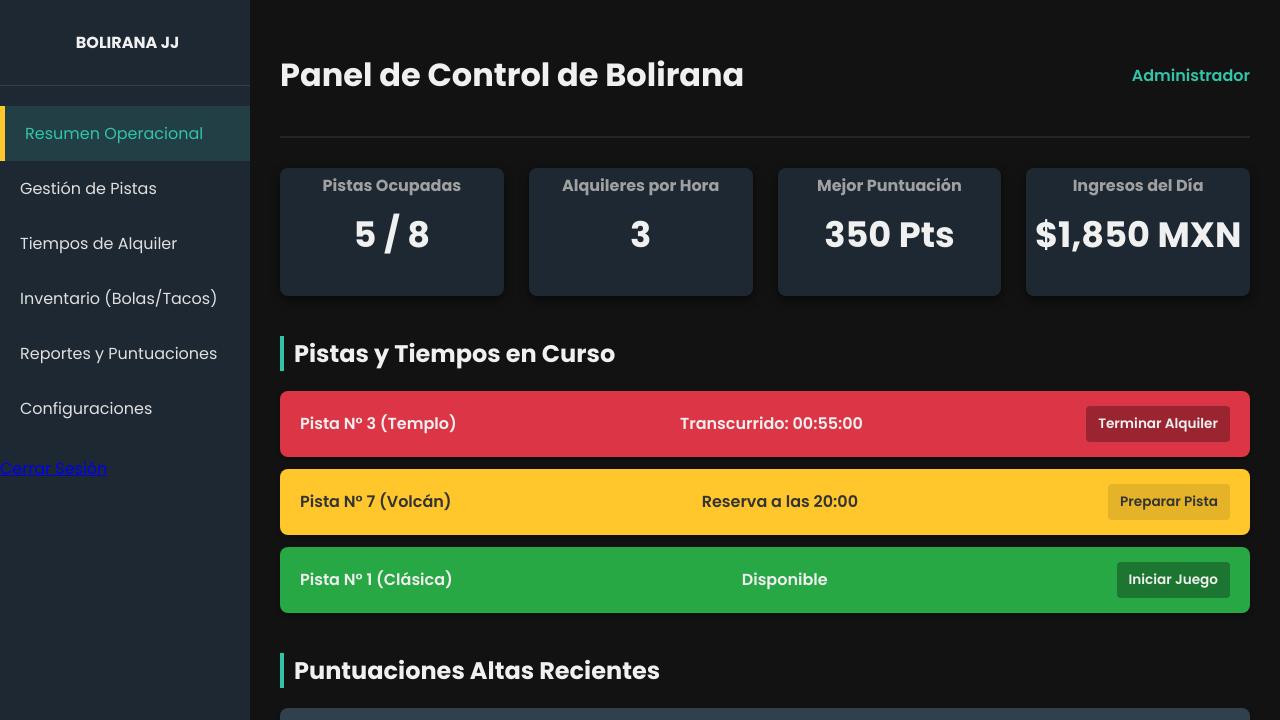
Repository: julianvargas55/ProyectoFormativoBilliarJJ
Page: http://localhost/administrador/Bolirana
An editor plug-in stored every save of this project. The page is shown before and after the next save, followed by the edit.
The browser window is 1280 px wide. The pictures show the whole page.
An inner scrolling area shows only its first screen. The page is this project's Thymeleaf template; nobody is signed in. The template is opened directly, without the code that normally fills it, so the values that code supplies are empty.

Above is the page before, as saved 2025-10-16 17:58:22.

After the next save:
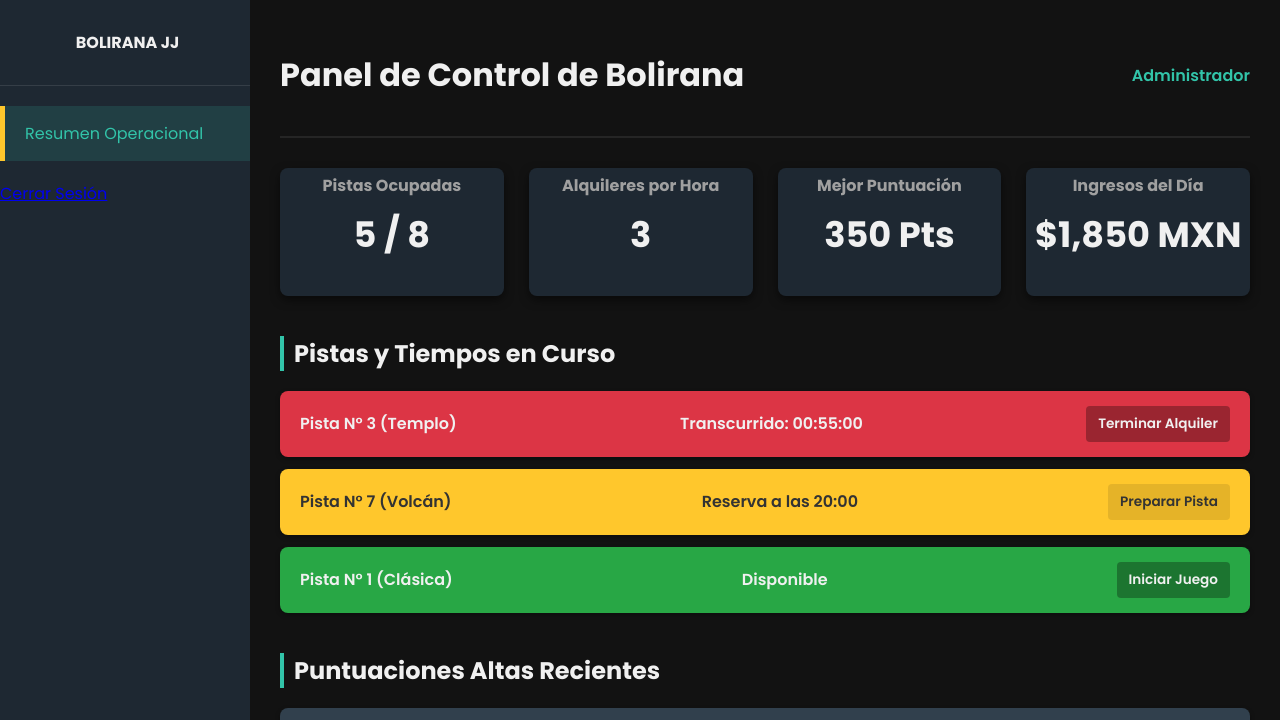
Saved 53 s later.
--- a/test/src/main/resources/templates/administrador/Bolirana.html
+++ b/test/src/main/resources/templates/administrador/Bolirana.html
@@ -17,15 +17,6 @@
             <nav>
                 <ul>
                     <li class="active"><a th:href="@{/#}"><i class="fas fa-home"></i> Resumen Operacional</a></li>
-
-                    <li><a th:href="@{/#}"><i class="fas fa-bezier-curve"></i> Gestión de Pistas</a></li>
-
-                    <li><a th:href="@{/#}"><i class="fas fa-stopwatch"></i> Tiempos de Alquiler</a></li>
-
-                    <li><a th:href="@{/#}"><i class="fas fa-baseball-ball"></i> Inventario (Bolas/Tacos)</a></li>
-
-                    <li><a th:href="@{/#}"><i class="fas fa-chart-line"></i> Reportes y Puntuaciones</a></li>
-                    <li><a th:href="@{/#}"><i class="fas fa-users-cog"></i> Configuraciones</a></li>
                 </ul>
             </nav>
             <div class="sidebar-footer">
